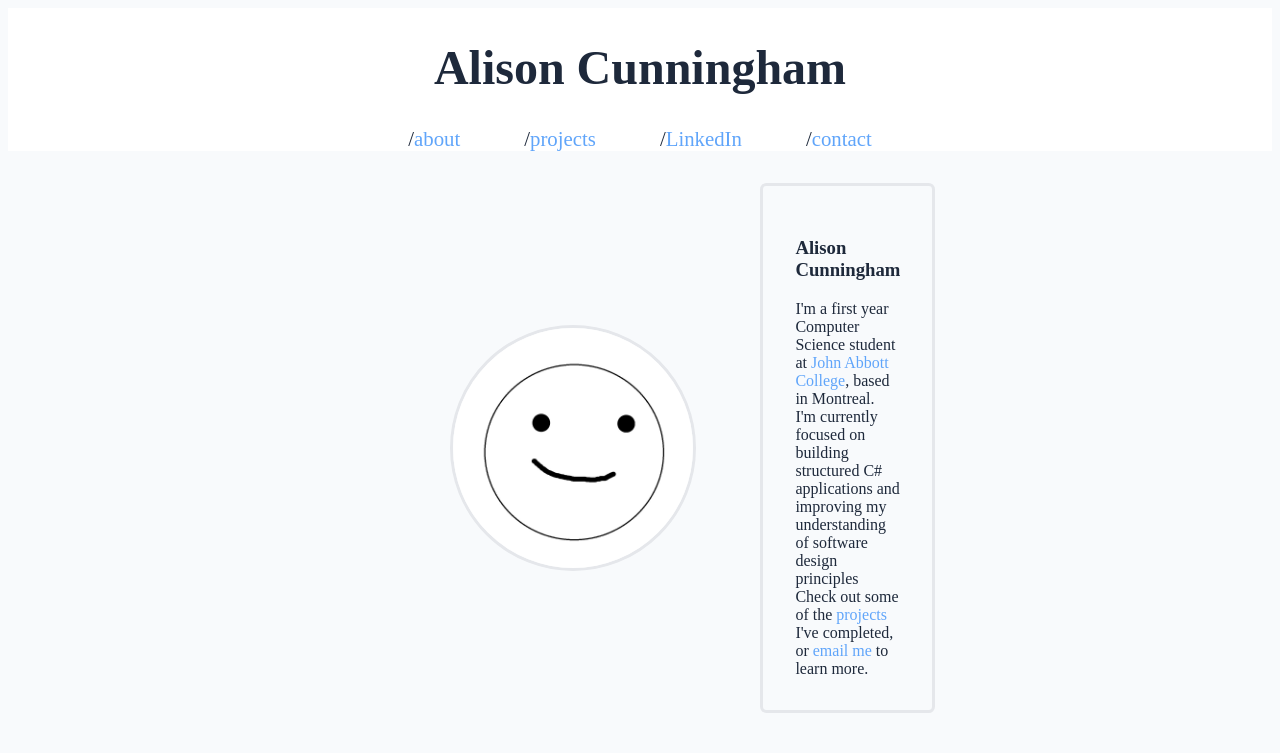
Repository: alison-cunningham/alison-cunningham
Page: index.html
These files come from the project's save history. The page is drawn as it stood at one moment and after the next save; the edit follows.
The browser window is 1280 px wide. The pictures show the whole page.
Some web fonts or font styles are not loaded; a fallback is used.

Above is the page before, as saved 2026-04-22 14:03:21.

### index.html
<!DOCTYPE html>
<html lang="en">
<head>
    <meta charset="UTF-8" />
    <title>Alison Cunningham - Home Page</title>
    <link rel="stylesheet" href="./styles/globals.css"/>
    <link rel="stylesheet" href="./styles/index.css" />
</head>

<body>
    <header>
        <h1>Alison Cunningham</h1>
        <div class="nav-bar">
            <a href="index.html">/<span class="hover-text">about</span></a>
            <a href="projects.html">/<span class="hover-text">projects</span></a>
            <a href="https://www.linkedin.com/in/alison-c-427578b5">/<span class="hover-text">LinkedIn</span></a>
            <a href="mailto:cunningham.alison.m@gmail.com">/<span class="hover-text">contact</span></a>
        </div>
    </header>

    <main>
        <img class="home-page-img" src="./assets/images/placeholder.jpg" alt="this is just a placeholder">

        <div class="about-me">
            <h3>Alison Cunningham</h3>
            I'm a first year Computer Science student at <a href="https://johnabbott.qc.ca/career-programs/computer-science-technology/" class="hover-text">John Abbott College</a>,
            based in Montreal.
            <br>
            I'm currently focused on building structured C# applications and improving my understanding of software design principles
            <br>
            Check out some of the <a href="projects.html" class="hover-text">projects</a> I've completed, or <a href="mailto:cunningham.alison.m@gmail.com" class="hover-text">email me</a> to learn more.

        </div>


    </main>



</body>

</html>

### styles/globals.css
@font-face{
    font-family: 'Radio-Canada';
    src: url('../assets/fonts/Radio_Canada/RadioCanada-VariableFont_wdth\,wght.ttf')
}



body{
    font-family: 'Radio-Canada';
    display: grid;
    place-items: center;

    background-color: #f8fafc;
    color: #1e293b;

}

a{
    text-decoration: none;
    color: inherit;
}

### styles/index.css
header{
    width: 100%;

    background-color: #ffffff;

    display: flex;
    flex-direction: column;
    align-items: center;
    justify-content: center;

    font-size: 1.5rem;
}

.nav-bar{
    display: flex;
    gap: 4rem;

    font-size: 1.3rem;

}

.hover-text{
    color: #60a5fa;
    transition: color 0.3s;
}

.hover-text:hover{
    color: #34d399;
}

.home-page-img{
    width: 15rem;
    border: .2rem solid #e5e7eb;
    border-radius: 50%;
}

main{
    display: grid;
    width: 100%;
    grid-template-columns: auto 1fr;
    place-items: center;

    gap: 4rem;
    padding: 2rem;

}

.about-me{

    padding: 2rem;
    border: .2rem solid #e5e7eb;
    border-radius: .4rem;
}

@media (min-width: 600px) {
  main {
    width: 50%;
  }
}

@media (min-width: 992px) {
  main {
    width: 30%;
  }
}

After the next save:
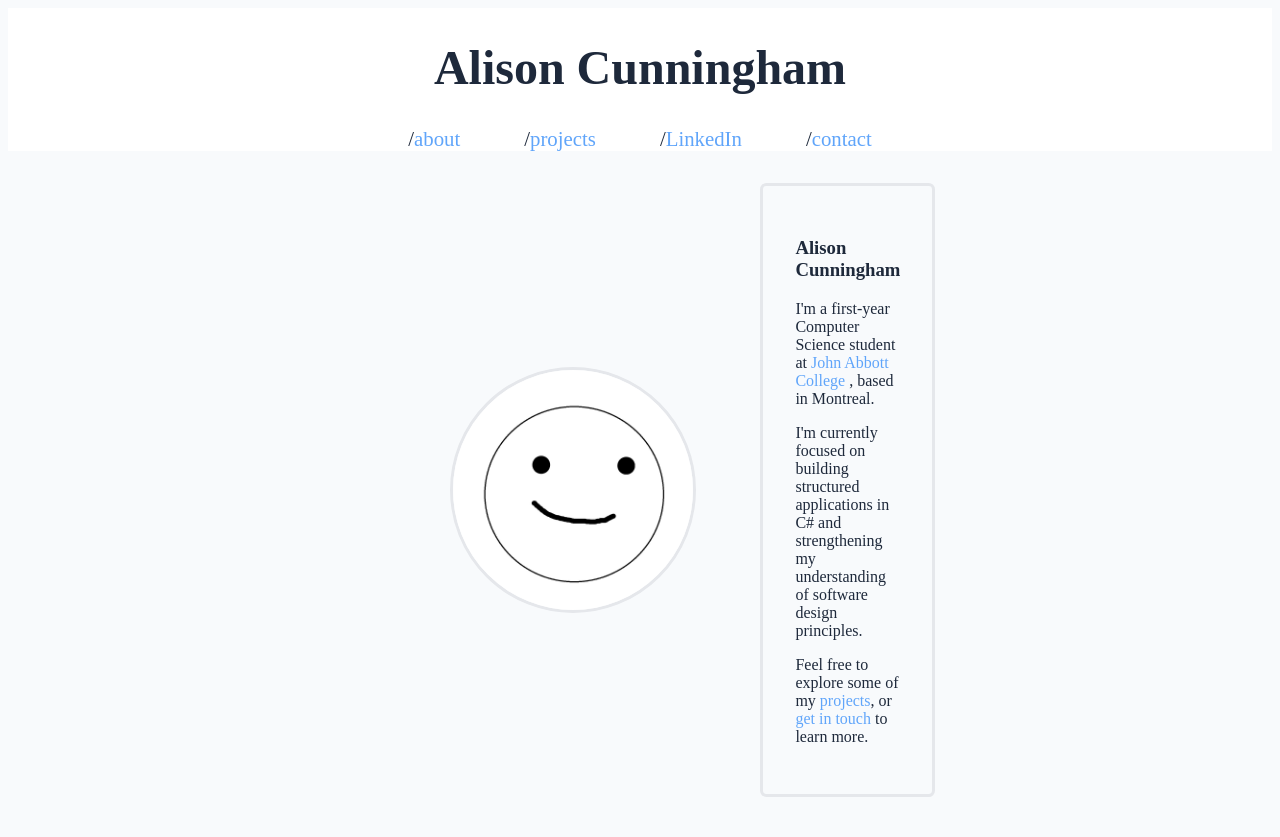
Saved 66 s later.
--- a/index.html
+++ b/index.html
@@ -23,12 +23,21 @@
 
         <div class="about-me">
             <h3>Alison Cunningham</h3>
-            I'm a first year Computer Science student at <a href="https://johnabbott.qc.ca/career-programs/computer-science-technology/" class="hover-text">John Abbott College</a>,
-            based in Montreal.
-            <br>
-            I'm currently focused on building structured C# applications and improving my understanding of software design principles
-            <br>
-            Check out some of the <a href="projects.html" class="hover-text">projects</a> I've completed, or <a href="mailto:cunningham.alison.m@gmail.com" class="hover-text">email me</a> to learn more.
+                <p>
+        I'm a first-year Computer Science student at
+        <a href="https://johnabbott.qc.ca/career-programs/computer-science-technology/" class="hover-text">
+            John Abbott College
+        </a>, based in Montreal.
+    </p>
+
+    <p>
+        I'm currently focused on building structured applications in C# and strengthening my understanding of software design principles.
+    </p>
+
+    <p>
+        Feel free to explore some of my <a href="projects.html" class="hover-text">projects</a>,
+        or <a href="mailto:cunningham.alison.m@gmail.com" class="hover-text">get in touch</a> to learn more.
+    </p>
 
         </div>
 
